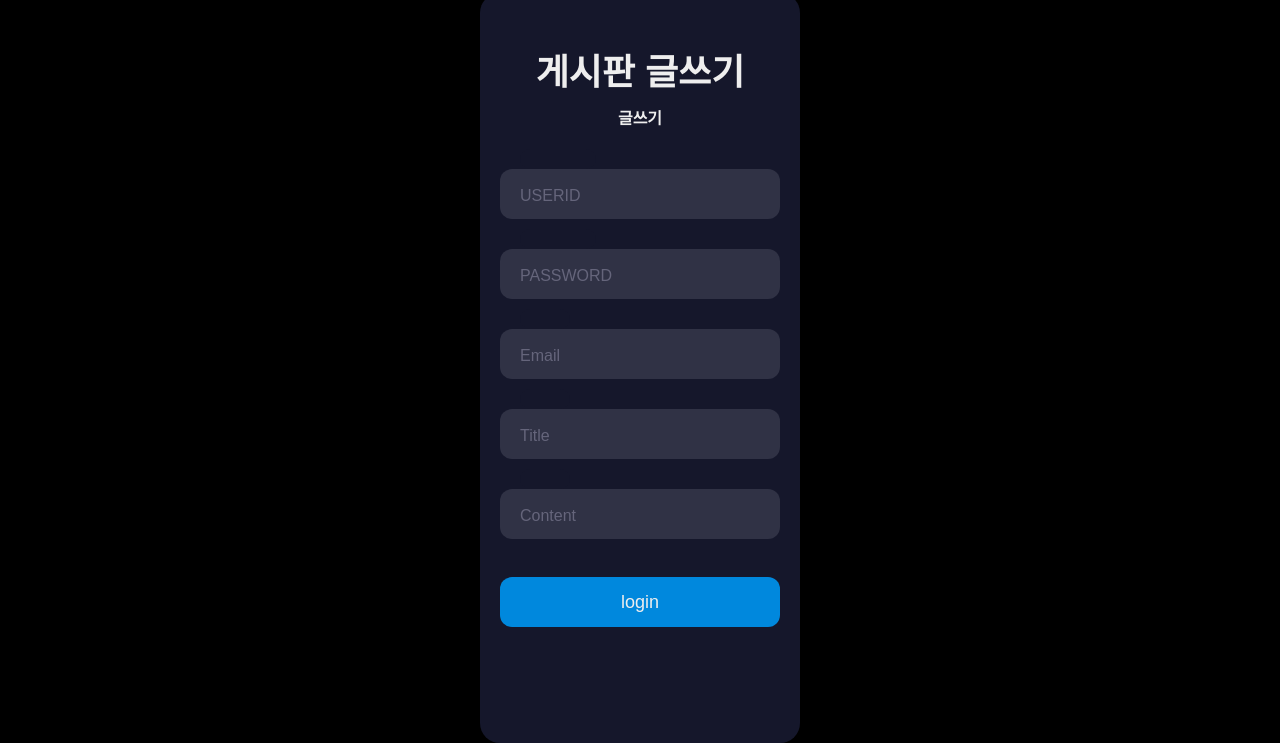
Repository: uhhuhhmm/JSP-Servlet-Class
Page: http://localhost/web03/boardForm304.jsp
The author's editor kept a copy of each file at every save. The page is drawn from the files as they stood at one save, then again after the next save.
The browser window is 1280 px wide. The pictures show the whole page.
The page is served by Tomcat 9. Other server files are loaded and not shown.

Above is the page before, as saved 2022-07-15 02:26:47.

### web03/WebContent/boardForm304.jsp
<%@ page language="java" contentType="text/html; charset=UTF-8"
    pageEncoding="UTF-8"%>

<!DOCTYPE html>
<html>
<head>
<meta charset="UTF-8">
<title>Login</title>
<style type="text/css">
body {
  align-items: center;
  background-color: #000;
  display: flex;
  justify-content: center;
  height: 100vh;
}

.form {
  background-color: #15172b;
  border-radius: 20px;
  box-sizing: border-box;
  height: 750px;
  padding: 20px;
  width: 320px;
}

.title {
  color: #eee;
  font-family: sans-serif;
  font-size: 36px;
  font-weight: 600;
  margin-top: 30px;
  text-align: center;
}

.subtitle {
  color: #eee;
  font-family: sans-serif;
  font-size: 16px;
  font-weight: 600;
  margin-top: 10px;
  text-align: center;
}

.input-container {
  height: 50px;
  position: relative;
  width: 100%;
}

.ic1 {
  margin-top: 40px;
}

.ic2 {
  margin-top: 30px;
}

.input {
  background-color: #303245;
  border-radius: 12px;
  border: 0;
  box-sizing: border-box;
  color: #eee;
  font-size: 18px;
  height: 100%;
  outline: 0;
  padding: 4px 20px 0;
  width: 100%;
}

.cut {
  background-color: #15172b;
  border-radius: 10px;
  height: 20px;
  left: 20px;
  position: absolute;
  top: -20px;
  transform: translateY(0);
  transition: transform 200ms;
  width: 76px;
}

.cut-short {
  width: 50px;
}

.input:focus ~ .cut,
.input:not(:placeholder-shown) ~ .cut {
  transform: translateY(8px);
}

.placeholder {
  color: #65657b;
  font-family: sans-serif;
  left: 20px;
  line-height: 14px;
  pointer-events: none;
  position: absolute;
  transform-origin: 0 50%;
  transition: transform 200ms, color 200ms;
  top: 20px;
}

.input:focus ~ .placeholder,
.input:not(:placeholder-shown) ~ .placeholder {
  transform: translateY(-30px) translateX(6px) scale(0.75);
}

.input:not(:placeholder-shown) ~ .placeholder {
  color: #808097;
}

.input:focus ~ .placeholder {
  color: #dc2f55;
}

.submit {
  background-color: #08d;
  border-radius: 12px;
  border: 0;
  box-sizing: border-box;
  color: #eee;
  cursor: pointer;
  font-size: 18px;
  height: 50px;
  margin-top: 38px;
  // outline: 0;
  text-align: center;
  width: 100%;
}

.submit:active {
  background-color: #06b;
}
</style>
</head>
<body>
<form method="post" action="boardWrite304.jsp">
<div class="form">
      <div class="title">게시판 글쓰기</div>
      <div class="subtitle">글쓰기</div>
      <div class="input-container ic1">
        <input id="name" name="name" class="input" type="text" placeholder=" " />
        <div class="cut"></div>
        <label for="name" class="placeholder">USERID</label>
      </div>
      <div class="input-container ic2">
        <input id="userpwd" name="pass" class="input" type="text" placeholder=" " />
        <div class="cut"></div>
        <label for="userpwd" class="placeholder">PASSWORD</label>
      </div>
      <div class="input-container ic2">
        <input id="email" name="email" class="input" type="text" placeholder=" " />
        <div class="cut cut-short"></div>
        <label for="email" class="placeholder">Email</>
      </div>
      <div class="input-container ic2">
        <input id="title" name="title" class="input" type="text" placeholder=" " />
        <div class="cut cut-short"></div>
        <label for="title" class="placeholder">Title</>
      </div>
      <div class="input-container ic2">
        <input id="content" name="content" class="input" type="text" placeholder=" " />
        <div class="cut cut-short"></div>
        <label for="content" class="placeholder">Content</>
      </div>

      <button type="submit" class="submit" value="로그인">login</button>
    </div>
</form>

<!-- 	<form method="post" action="testLogin261.jsp"> -->

<!-- 		<label for="userid"> 아이디 : </label> -->
<!-- 		<input type="text" name="id" id="userid"><br> -->

<!-- 		<label for="userpwd"> 암 &nbsp; 호 : </label> -->
<!-- 		<input type="password" name="pwd" id="userpwd"><br> -->

<!-- 		<input type="submit" value="로그인"> -->

<!-- 	</form> -->
</body>
</html>

After the next save:
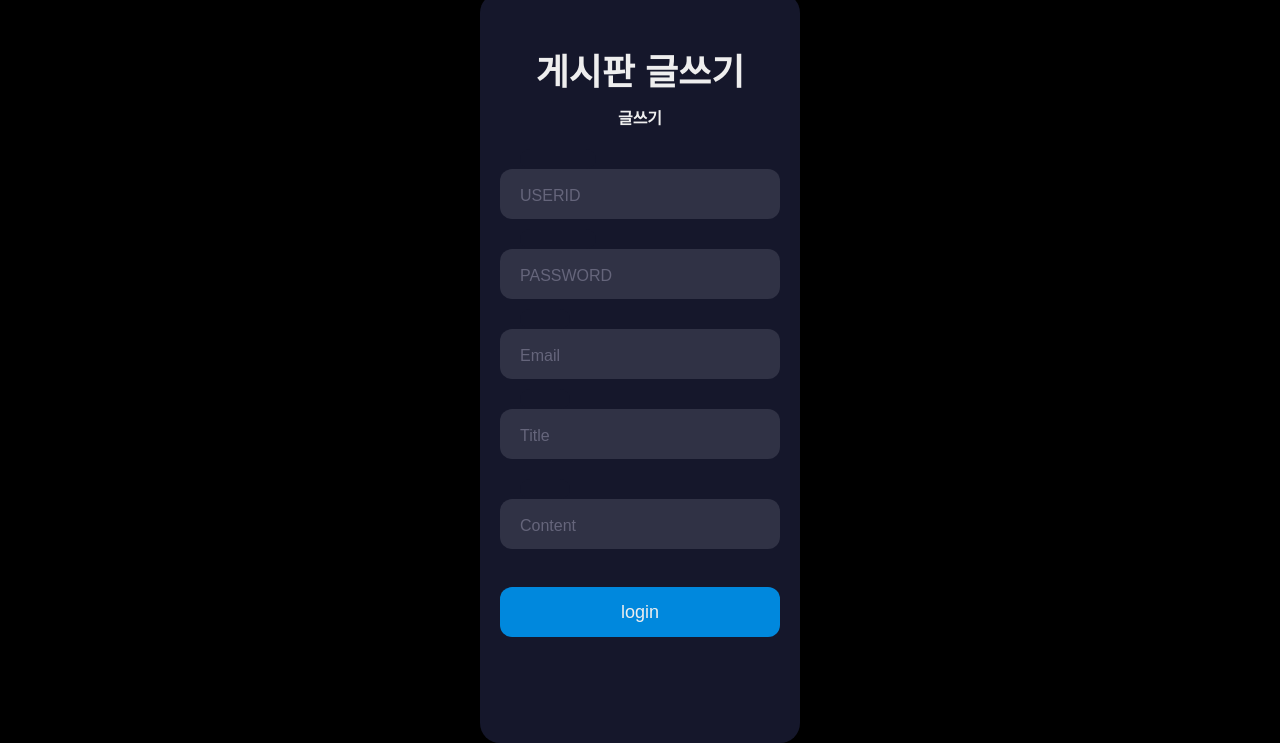
Saved 4 min 21 s later.
--- a/web03/WebContent/boardForm304.jsp
+++ b/web03/WebContent/boardForm304.jsp
@@ -160,7 +160,7 @@
         <div class="cut cut-short"></div>
         <label for="title" class="placeholder">Title</>
       </div>
-      <div class="input-container ic2">
+      <div class="input-container ic1">
         <input id="content" name="content" class="input" type="text" placeholder=" " />
         <div class="cut cut-short"></div>
         <label for="content" class="placeholder">Content</>

After the save that followed:
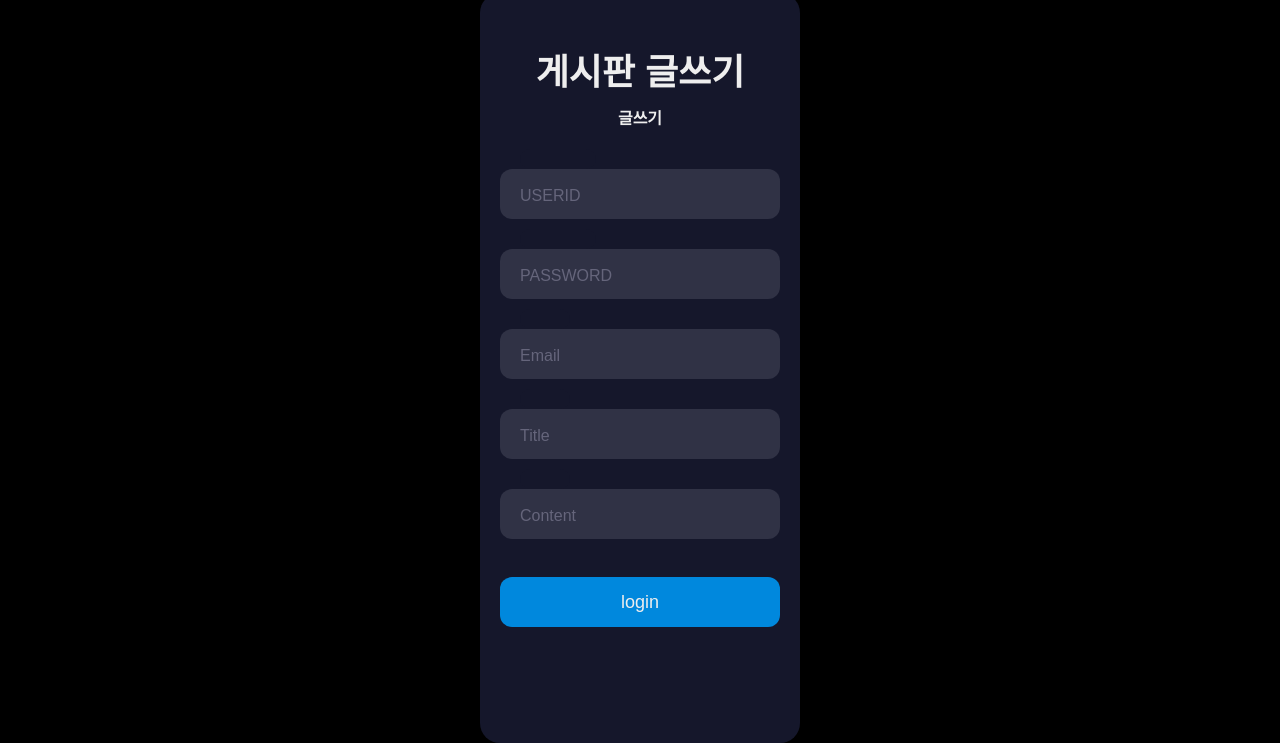
Saved 6 s later.
--- a/web03/WebContent/boardForm304.jsp
+++ b/web03/WebContent/boardForm304.jsp
@@ -160,7 +160,7 @@
         <div class="cut cut-short"></div>
         <label for="title" class="placeholder">Title</>
       </div>
-      <div class="input-container ic1">
+      <div class="input-container ic2">
         <input id="content" name="content" class="input" type="text" placeholder=" " />
         <div class="cut cut-short"></div>
         <label for="content" class="placeholder">Content</>
